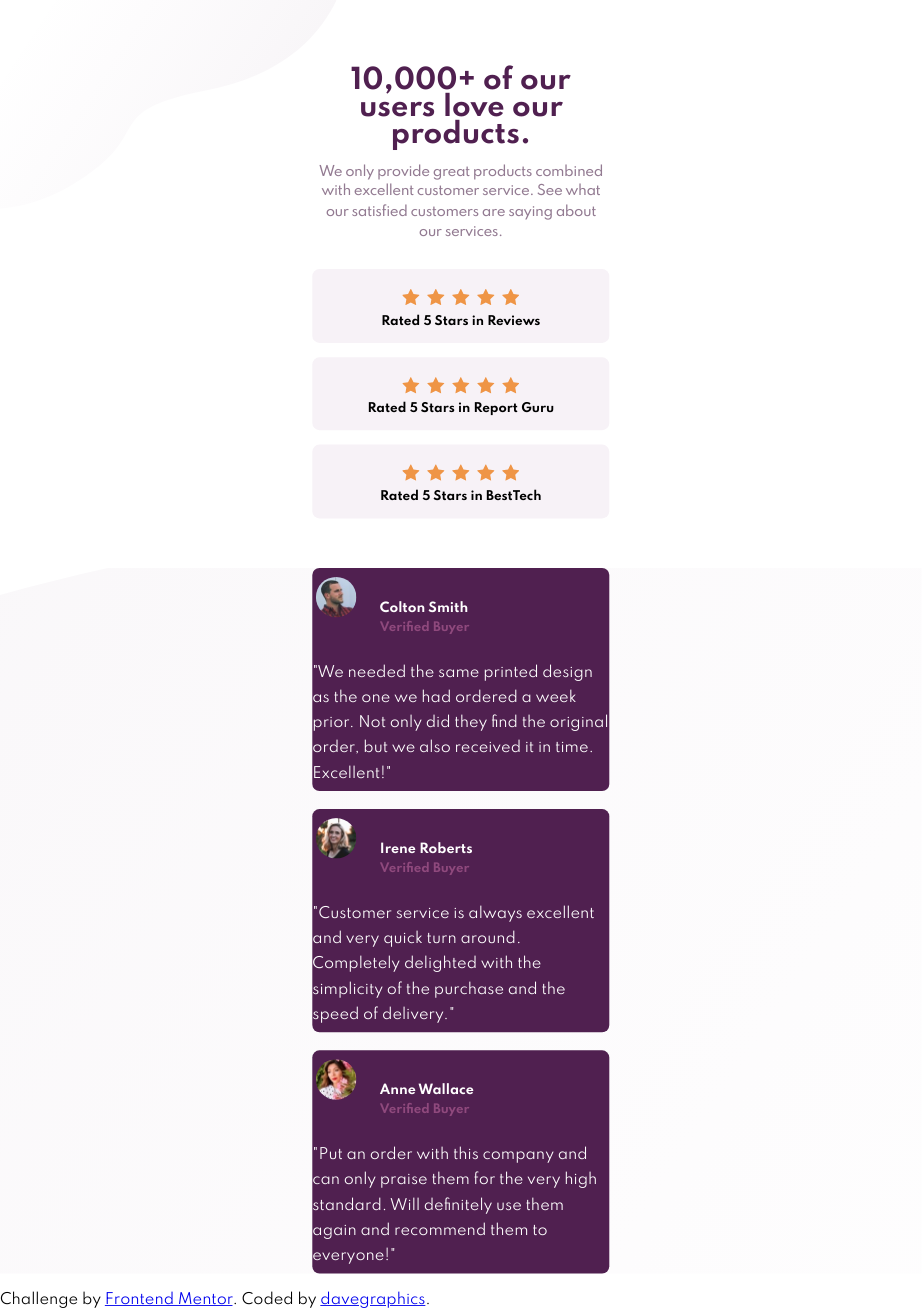
Repository: DejV44/social-proof-section-master
Page: index.html
These files come from the project's save history. The page is drawn as it stood at one moment and after the next save; the edit follows.
The browser window is 1024 px wide. The pictures show the whole page, at 90% of full size.
The style sheet was rebuilt from its Sass, Less or Tailwind sources for each picture, by a compiler version that may differ from the author's.

Above is the page before, as saved 2021-06-26 21:46:20.

After the next save:
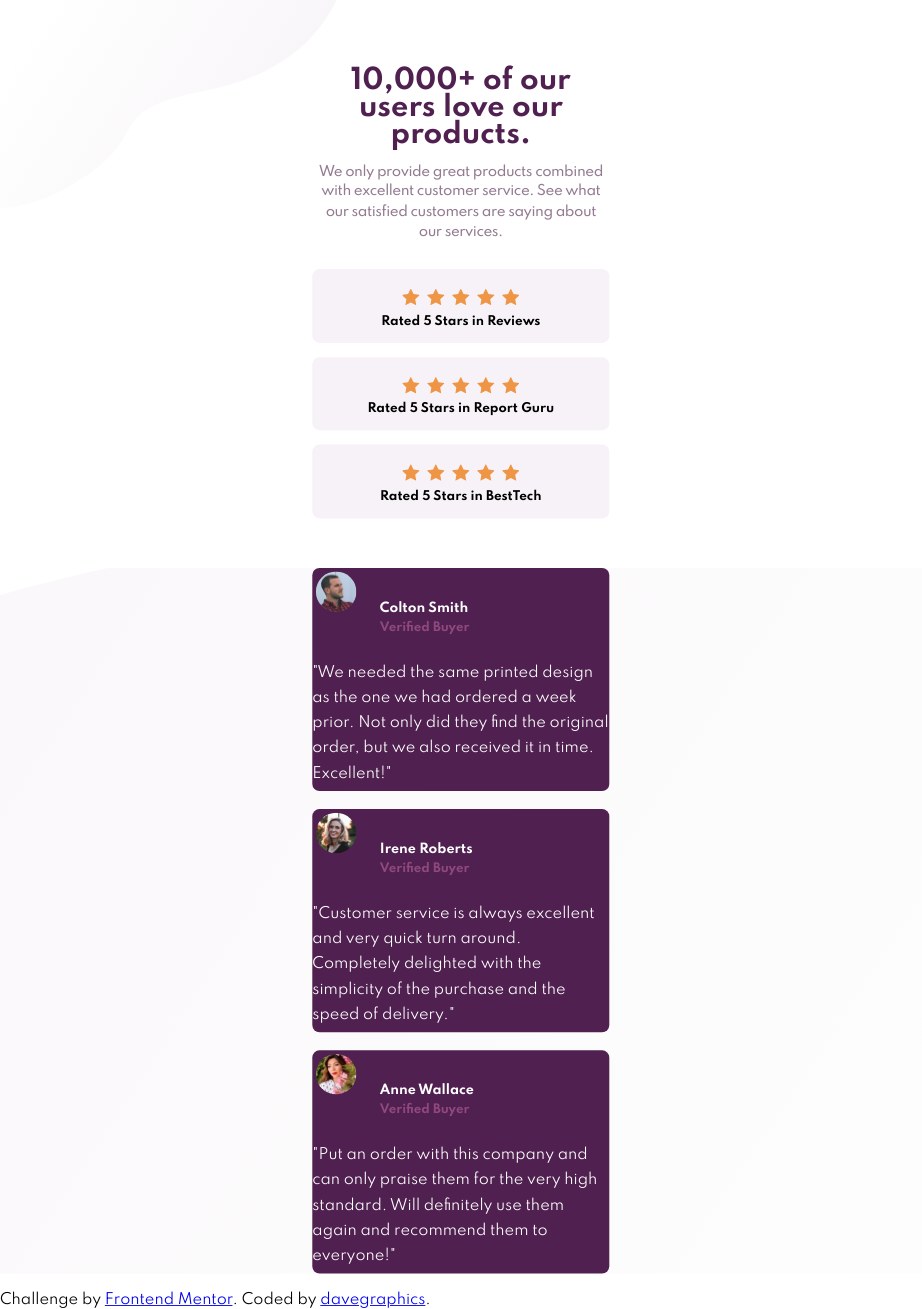
Saved 17 s later.
--- a/css/main.scss
+++ b/css/main.scss
@@ -339,7 +339,7 @@
                     }
 
                     img {
-                        margin-top: 6px;
+                        margin-top: 30px 30px;
                         border-radius: 5em;
                         width: 45px;
                         height: 45px;

After the save that followed:
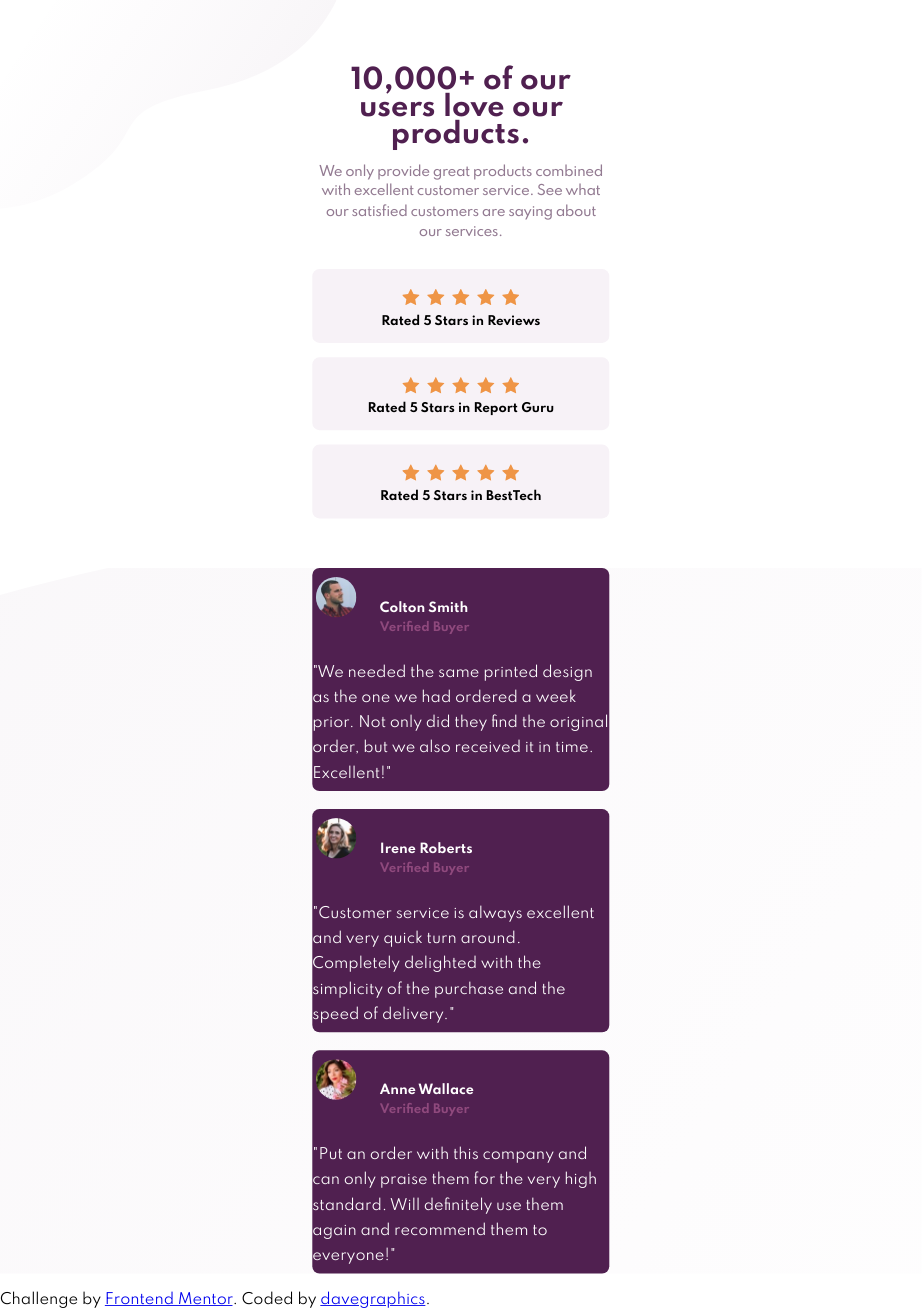
Saved 27 s later.
--- a/css/main.scss
+++ b/css/main.scss
@@ -339,7 +339,7 @@
                     }
 
                     img {
-                        margin-top: 30px 30px;
+                        margin-top: 6px;
                         border-radius: 5em;
                         width: 45px;
                         height: 45px;
